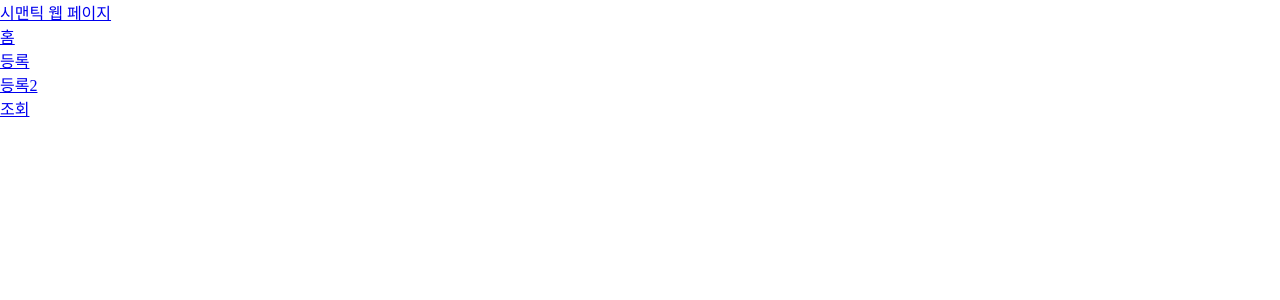
Repository: balhyo-younjisang/DigitechJSP
Page: http://localhost/InputPractice/
An editor plug-in stored every save of this project. The page is shown before and after the next save, followed by the edit.
The browser window is 1280 px wide. The pictures show the whole page.
The page is served by Tomcat 9. Queries for data that is not in the repository find no rows.

Above is the page before, as saved 2025-03-27 07:09:55.

After the next save:
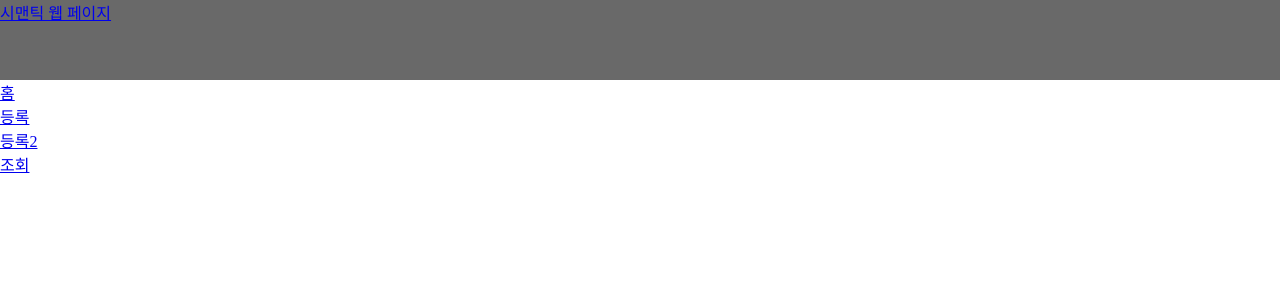
Saved 17 s later.
--- a/InputPractice/src/main/webapp/css/style.css
+++ b/InputPractice/src/main/webapp/css/style.css
@@ -12,5 +12,8 @@ header {
 }
 
 header > div {
-
+	background-color: dimgray;
+	width: 100%;
+	height: 80px;
+	color: white;
 }
